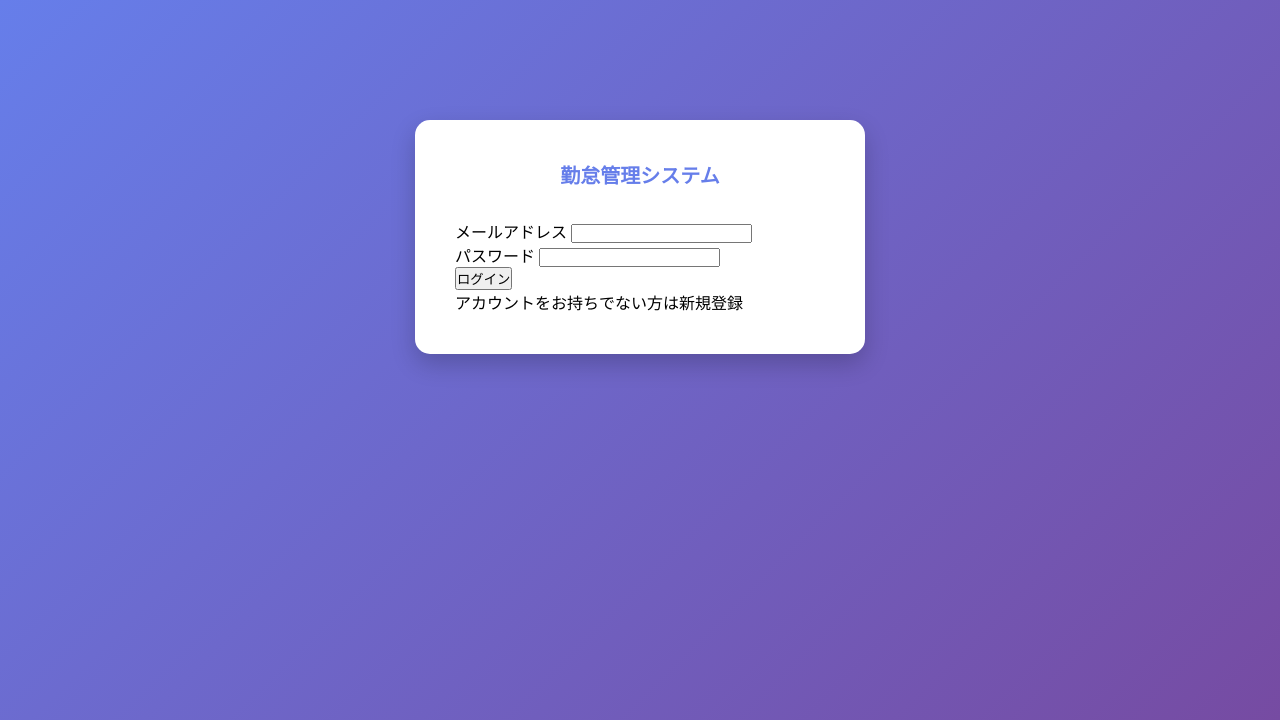
Repository: 04bit/WEB_HCJ
Page: index.html
An editor plug-in stored every save of this project. The page is shown before and after the next save, followed by the edit.
The browser window is 1280 px wide. The pictures show the whole page.

Above is the page before, as saved 2025-11-25 15:20:33.

After the next save:
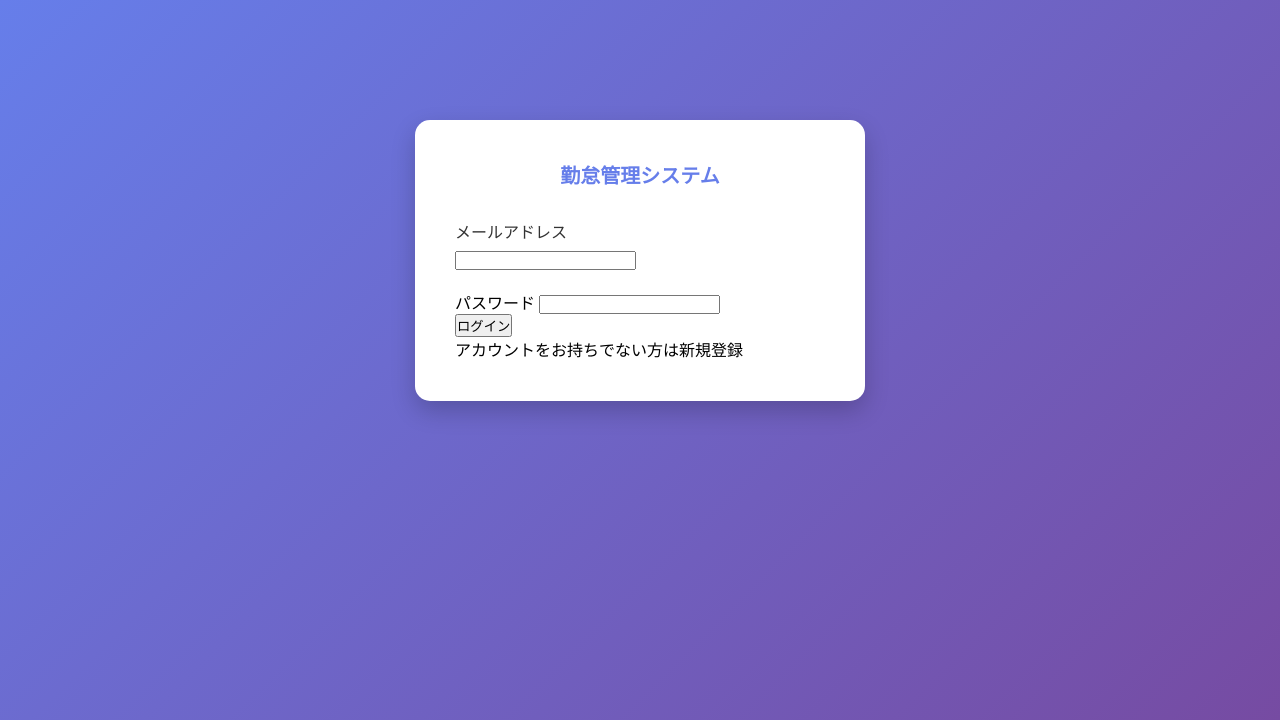
Saved 74 s later.
--- a/style.css
+++ b/style.css
@@ -28,3 +28,14 @@ body {
     margin-bottom: 30px;
     font-size: 20px;
 }
+
+.form-group {
+    margin-bottom: 20px;
+}
+
+.form-group label {
+    display: block;
+    margin-bottom: 8px;
+    color: #333;
+    font-weight: 500;
+}
